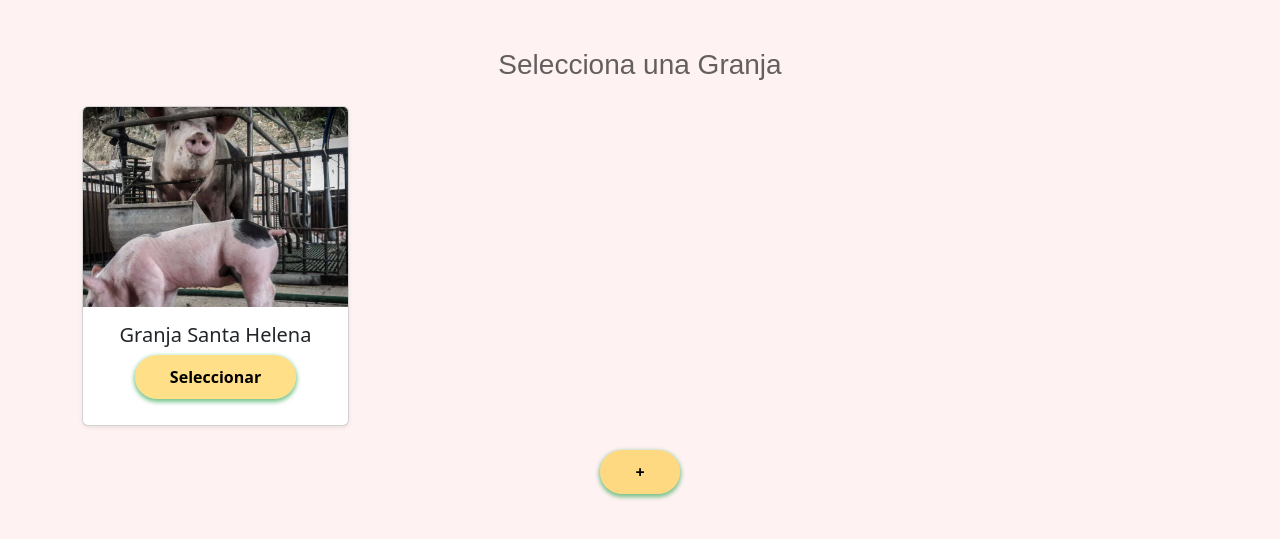
Repository: Mateojimenezz/Granja-Santa-Helena
Page: seleccionarGranja.html
These files come from the project's save history. The page is drawn as it stood at one moment and after a run of saves; the edit follows.
The browser window is 1280 px wide. The pictures show the whole page.
Some web fonts or font styles are not loaded; a fallback is used.

Above is the page before, as saved 2025-05-13 09:21:19.

After the next 2 saves:
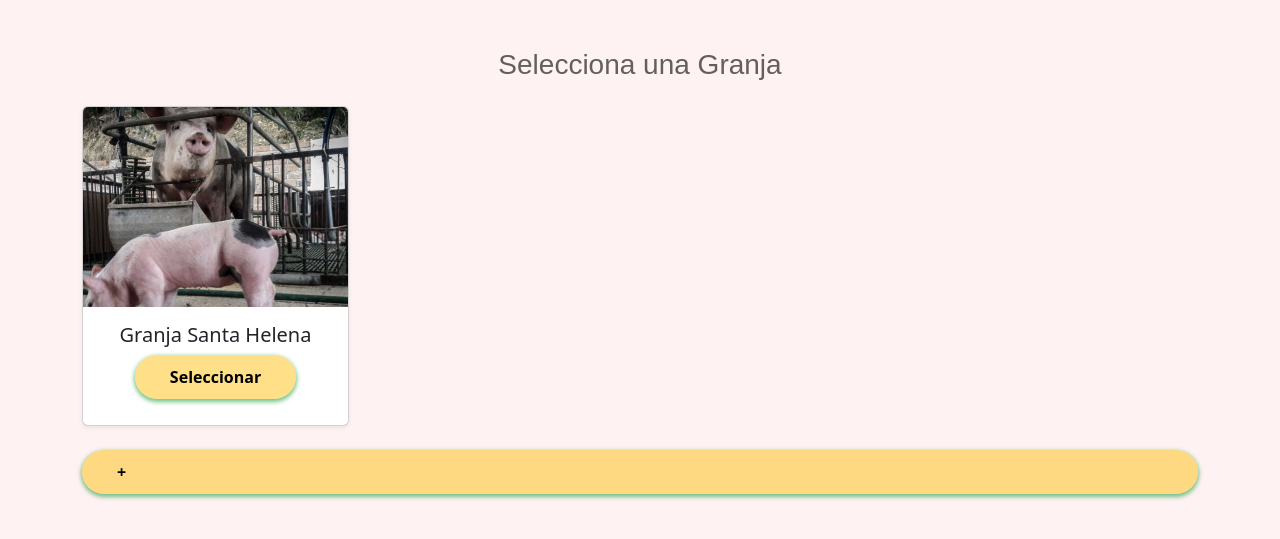
The 2 saves are shown as one change because they came seconds apart.
The last was saved 48 s later.
--- a/seleccionarGranja.html
+++ b/seleccionarGranja.html
@@ -32,7 +32,7 @@
 
         <!-- Botón para ir a la página de agregar nueva granja -->
         <div class="text-center mt-4">
-            <a href="agregarGranja.html" class="btn btn-form "> + </a>
+            <a id="granjas-list" href="agregarGranja.html" class="btn btn-form "> + </a>
         </div>
     </div>
 

After the save that followed:
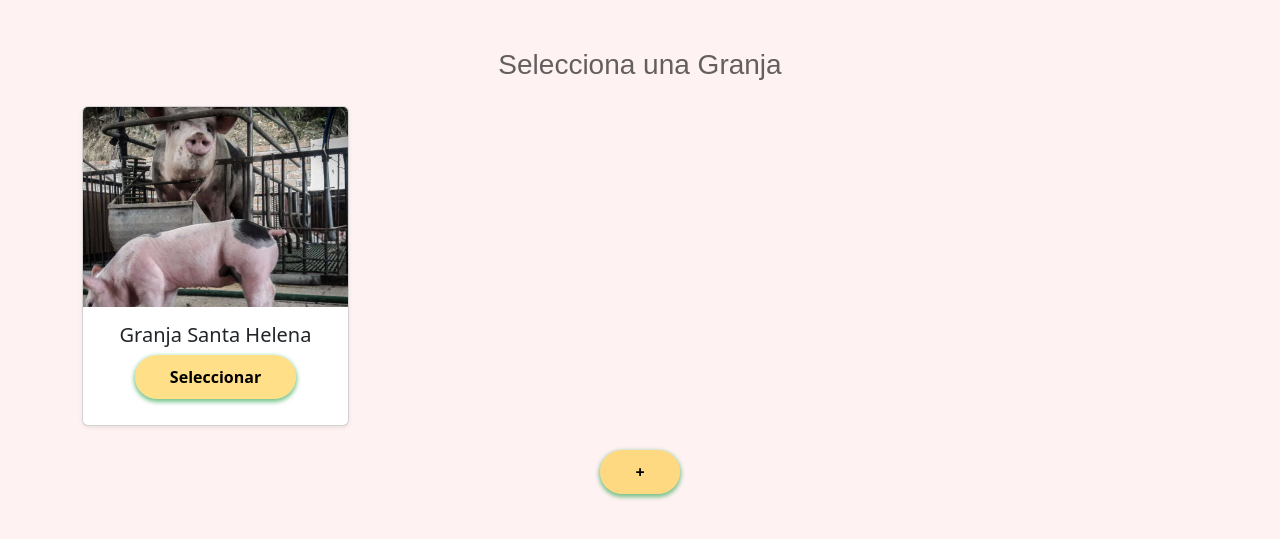
Saved 69 s later.
--- a/seleccionarGranja.html
+++ b/seleccionarGranja.html
@@ -32,7 +32,7 @@
 
         <!-- Botón para ir a la página de agregar nueva granja -->
         <div class="text-center mt-4">
-            <a id="granjas-list" href="agregarGranja.html" class="btn btn-form "> + </a>
+            <a id="agregar-granja" href="agregarGranja.html" class="btn btn-form "> + </a>
         </div>
     </div>
 
